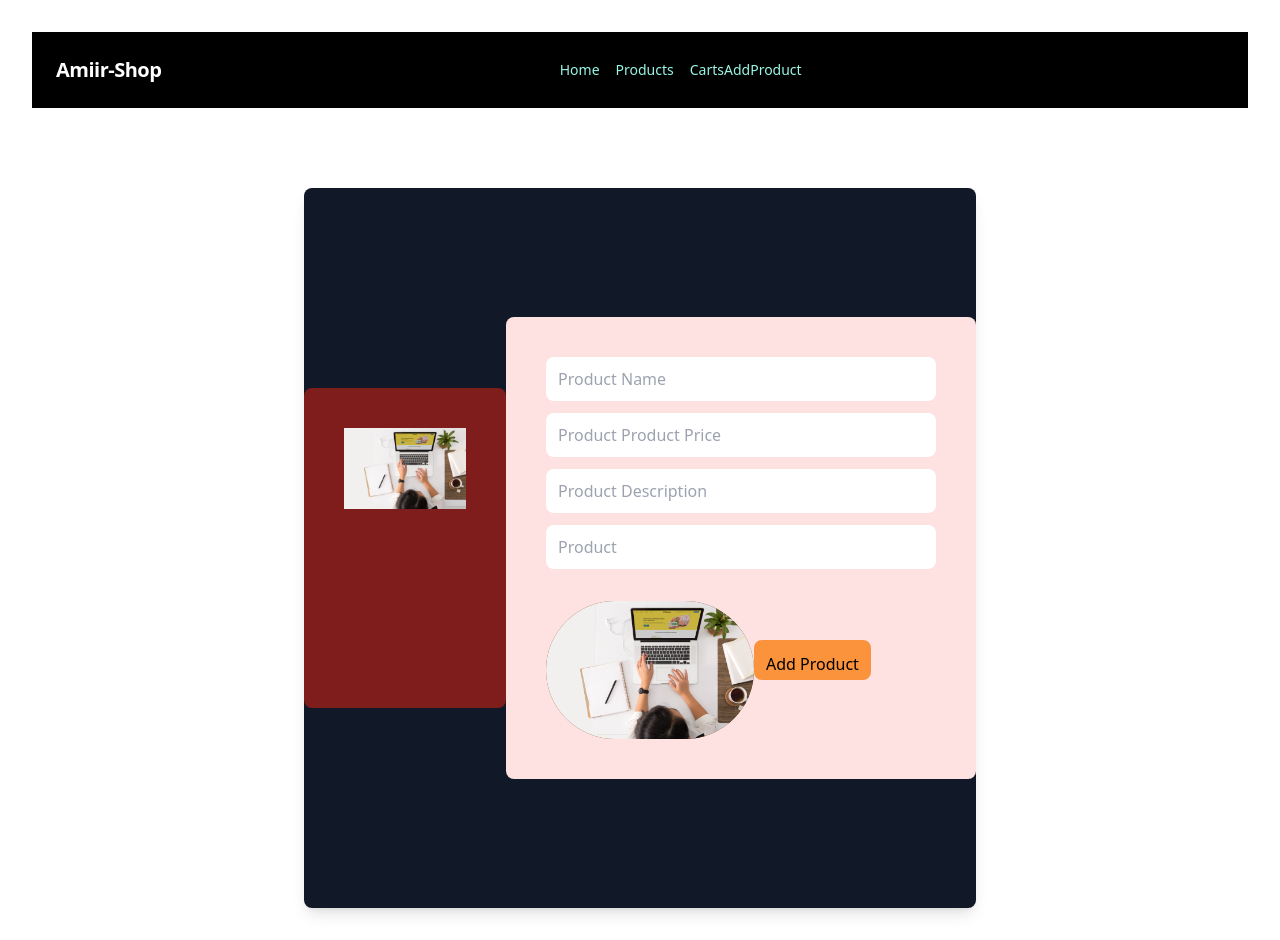
Repository: ENG-AMIIR-MUSE/ECommerce-app-using-react
Page: /addProducts
These files come from the project's save history. The page is drawn as it stood at one moment and after a run of saves; the edit follows.
The browser window is 1280 px wide. The pictures show the whole page.
The page's requests for data from a server got no answer. The project was rebuilt for these pictures with package versions that can differ from the ones it lists, and the page was loaded fresh each time. No one was signed in, and anything a server would have sent is missing. Also part of the build but not shown: vite.config.js, src/Components/productList.js, src/Components/productCard.js.

Above is the page before, as saved 2023-06-24 19:51:50.

After the next 3 saves:
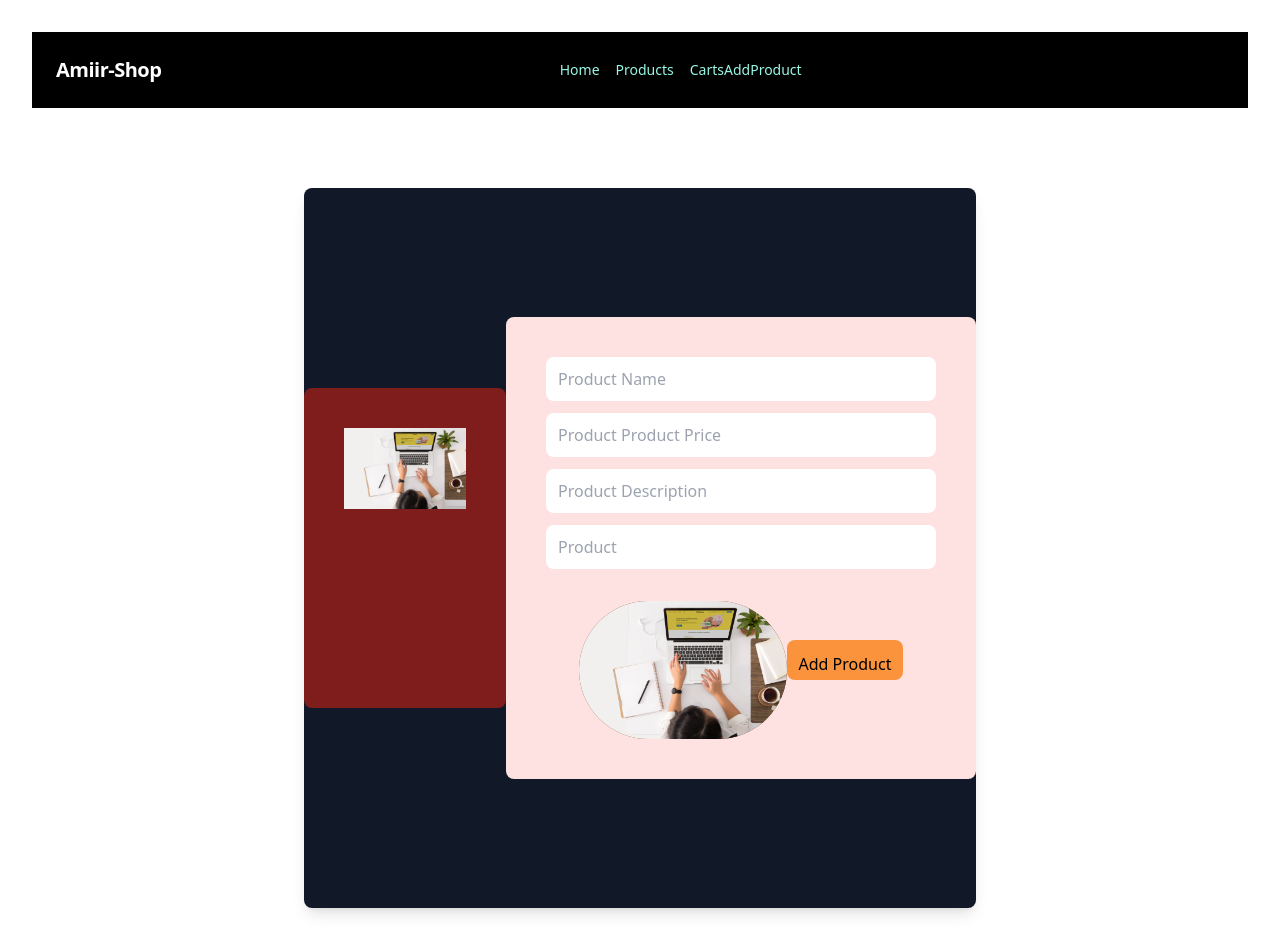
The 3 saves are shown as one change because they came seconds apart.
The last was saved 6 s later.
--- a/src/Components/AddProduct.jsx
+++ b/src/Components/AddProduct.jsx
@@ -15,7 +15,7 @@ const  AddProduct = ()=>{
           <input type="text"placeholder="Product Product Price" className="w-full rounded-lg h-11  pl-3"/>
           <input type="text"placeholder="Product Description" className="w-full rounded-lg h-11  pl-3"/>
            <input type="text" placeholder="Product"className="w-full rounded-lg h-11 pl-3 "/>
-           <div className="flex felx-row items-center just">
+           <div className="flex felx-row items-center justify-center">
              <img src={reactsvg} alt="" className="rounded-full w-52 mt-5  max-w-md  object-contain bg-yellow-900" />
              <input type="submit" className = "rounded-lg bg-orange-400 p-3 h-10 "value="Add Product"/>
            </div>
